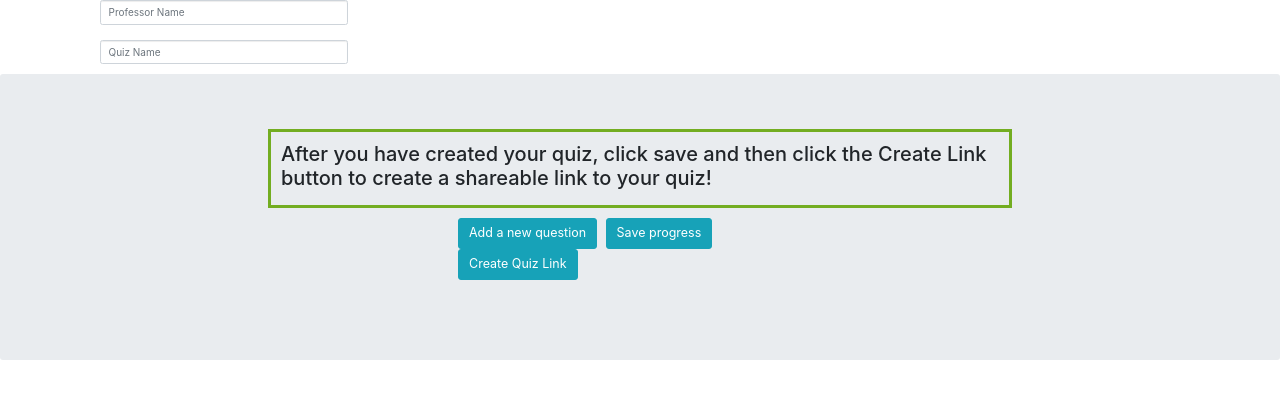
Repository: phillipdacosta/QuizemsNew
Page: /#/home
An editor plug-in stored every save of this project. The page is shown before and after the next save, followed by the edit.
The browser window is 1280 px wide. The pictures show the whole page.
Some web libraries are served in a nearby version. The project was rebuilt for these pictures with package versions that can differ from the ones it lists, and the page was loaded fresh each time. Also part of the build but not shown: angular.json, src/app/quiz/quiz.component.ts, src/app/about/about.component.ts, src/app/student/student.component.ts, src/app/questions/questions.component.ts, src/app/question-display/question-display.component.ts, src/app/timer/timer.component.ts.

Above is the page before, as saved 2019-06-30 16:49:50.

After the next save:
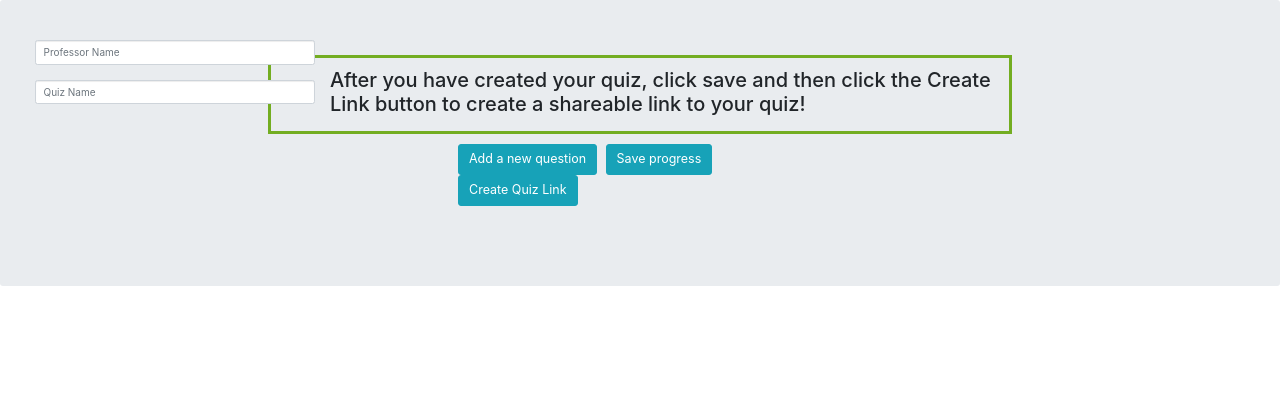
Saved 37 s later.
--- a/src/app/professor/professor.component.html
+++ b/src/app/professor/professor.component.html
@@ -13,22 +13,6 @@
 
 <div class="container">
 
-  <div class = "col-xs-3">
-
-    <div class="form-group">
-
-      <div class = "professorInput">
-
-
-
-        <input type="text" class="form-control " id="exampleInputPassword1" placeholder="Professor Name">
-        <br>
-
-        <input type="text" class="form-control" id="exampleInputPassword1" placeholder="Quiz Name">
-
-      </div>
-    </div>
-    </div>
 
   <!-- The Modal -->
   <div class="modal" id="myModal">
@@ -65,6 +49,20 @@
 
 <div class = "jumbotron">
 
+
+    <div class = "col-xs-3">
+
+        <div class="form-group">
+
+
+            <input type="text" class="form-control " id="exampleInputPassword1" placeholder="Professor Name">
+            <br>
+
+            <input type="text" class="form-control" id="exampleInputPassword1" placeholder="Quiz Name">
+
+          </div>
+        </div>
+
   <br>
 
   <div class = "heading">
